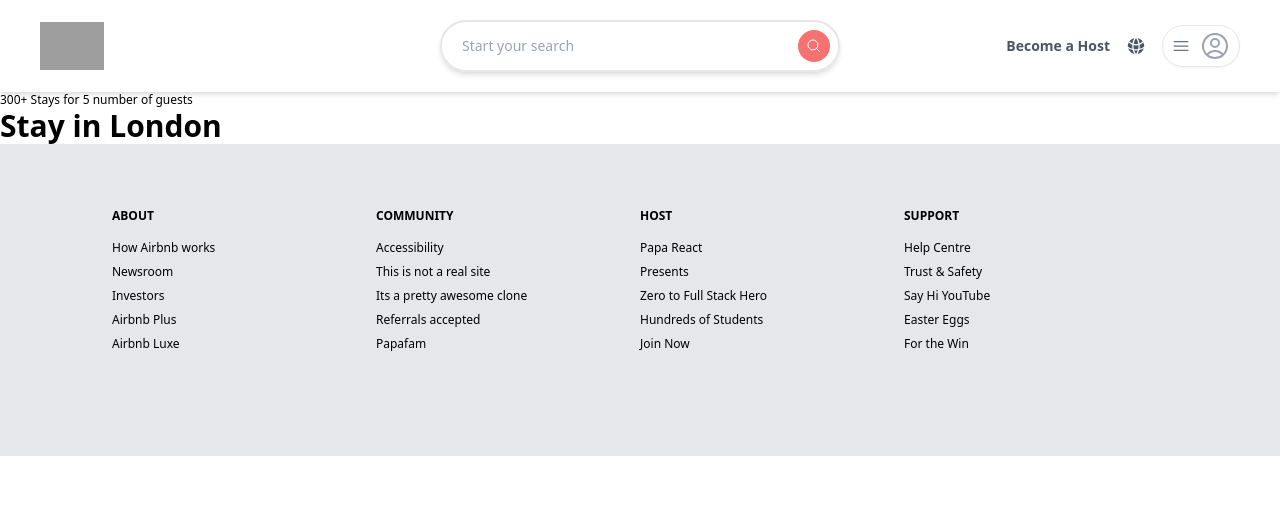
Repository: lakshithapramodya/airbnb
Page: /search
An editor plug-in stored every save of this project. The page is shown before and after the next save, followed by the edit.
The browser window is 1280 px wide. The pictures show the whole page.
Pictures or frames that could not be fetched are drawn as grey boxes. The project was rebuilt for these pictures with package versions that can differ from the ones it lists, and the page was loaded fresh each time. The framework's server and built-in components were replaced by stand-ins that run in the browser. Also part of the build but not shown: next.config.js.

Above is the page before, as saved 2022-10-19 11:08:33.

### pages/_app.jsx
import "../styles/globals.css";
import { AppProps } from "next/app";

function MyApp({ Component, pageProps }) {
  return <Component {...pageProps} />;
}

export default MyApp;

### pages/search.js
import React from "react";
import Footer from "../components/Footer";
import Header from "../components/Header";

function search() {
  return (
    <div>
      <Header />

      <main className="flex">
        <section>
          <p className="text-xs">300+ Stays for 5 number of guests</p>
          <h1 className="font-semibold text-3xl">Stay in London</h1>
        </section>
      </main>

      <Footer />
    </div>
  );
}

export default search;

### components/Footer.js
import React from "react";

function Footer() {
  return (
    <div className="grid grid-cols-1 md:grid-cols-4 py-16 px-28 bg-gray-200">
      <div className="pb-8">
        <h2 className="font-bold text-xs font-sans mb-4 cursor-pointer">
          ABOUT
        </h2>
        <p className="text-xs my-2 cursor-pointer">How Airbnb works</p>
        <p className="text-xs my-2 cursor-pointer">Newsroom</p>
        <p className="text-xs my-2 cursor-pointer">Investors</p>
        <p className="text-xs my-2 cursor-pointer">Airbnb Plus</p>
        <p className="text-xs my-2 cursor-pointer">Airbnb Luxe</p>
      </div>
      <div className="pb-8">
        <h2 className="font-bold text-xs font-sans mb-4 cursor-pointer">
          COMMUNITY
        </h2>
        <p className="text-xs my-2 cursor-pointer">Accessibility</p>
        <p className="text-xs my-2 cursor-pointer">This is not a real site</p>
        <p className="text-xs my-2 cursor-pointer">
          Its a pretty awesome clone
        </p>
        <p className="text-xs my-2 cursor-pointer">Referrals accepted</p>
        <p className="text-xs my-2 cursor-pointer">Papafam</p>
      </div>
      <div className="pb-8">
        <h2 className="font-bold text-xs font-sans mb-4 cursor-pointer">
          HOST
        </h2>
        <p className="text-xs my-2 cursor-pointer">Papa React</p>
        <p className="text-xs my-2 cursor-pointer">Presents</p>
        <p className="text-xs my-2 cursor-pointer">Zero to Full Stack Hero</p>
        <p className="text-xs my-2 cursor-pointer">Hundreds of Students</p>
        <p className="text-xs my-2 cursor-pointer">Join Now</p>
      </div>
      <div className="pb-8">
        <h2 className="font-bold text-xs font-sans mb-4 cursor-pointer">
          SUPPORT
        </h2>
        <p className="text-xs my-2 cursor-pointer">Help Centre</p>
        <p className="text-xs my-2 cursor-pointer">Trust & Safety</p>
        <p className="text-xs my-2 cursor-pointer">Say Hi YouTube</p>
        <p className="text-xs my-2 cursor-pointer">Easter Eggs</p>
        <p className="text-xs my-2 cursor-pointer">For the Win</p>
      </div>
    </div>
  );
}

export default Footer;

### components/Header.js
import React, { useState } from "react";
import Image from "next/image";
import {
  MagnifyingGlassIcon,
  Bars3Icon,
  UserCircleIcon,
} from "@heroicons/react/24/outline";
import { GlobeAltIcon, UsersIcon } from "@heroicons/react/24/solid";
import "react-date-range/dist/styles.css";
import "react-date-range/dist/theme/default.css";
import { DateRangePicker } from "react-date-range";

function Header() {
  const [searchText, setSearchTExt] = useState("");
  const [startDate, setStartDate] = useState(new Date());
  const [endDate, setEndDate] = useState(new Date());
  const [guests, setGuests] = useState(1);

  const selectionRange = {
    startDate: startDate,
    endDate: endDate,
    key: "selection",
  };

  const handleChange = (ranges) => {
    setStartDate(ranges.selection.startDate);
    setEndDate(ranges.selection.endDate);
  };

  const resetInput = () => {
    setSearchTExt("");
  };

  return (
    <div
      className="sticky top-0  z-50 grid grid-cols-3 bg-white shadow-md
    p-5 md:px-10"
    >
      {/* Left */}
      <div className="relative flex item-center h-12 cursor-pointer my-auto">
        <Image
          src="https://1000logos.net/wp-content/uploads/2017/08/Airbnb-Logo.png"
          layout="fill"
          objectFit="contain"
          objectPosition="left"
        />
      </div>

      {/* Middle */}
      <div
        className="flex items-center md:border-2 rounded-full py-2
      md:shadow-md"
      >
        <input
          value={searchText}
          onChange={(e) => setSearchTExt(e.target.value)}
          className="!outline-0 pl-5 bg-transparent flex-grow
          md:min-w-0  text-sm text-gray-600"
          type="text"
          placeholder="Start your search"
        />
        <MagnifyingGlassIcon
          className="hidden md:inline-flex h-8 bg-red-400
         text-white rounded-full p-2 cursor-pointer md:mx-2 "
        />
      </div>

      {/* Right */}
      <div className="flex items-center space-x-4 justify-end">
        <p
          className="text-sm font-semibold cursor-pointer
        rounded-full text-gray-600 hidden md:inline"
        >
          Become a Host
        </p>

        <GlobeAltIcon className="h-5 text-gray-600 cursor-pointer" />

        <div
          className="flex items-center border rounded-full p-1
        space-x-2 shadow-sm px-2 hover:shadow-md"
        >
          <Bars3Icon className="h-5 text-gray-500" />
          <UserCircleIcon className="h-8 text-gray-400" />
        </div>
      </div>
      {searchText && (
        <div className="flex flex-col col-span-3 mx-auto">
          <DateRangePicker
            ranges={[selectionRange]}
            minDate={new Date()}
            rangeColors={["#FD5B61"]}
            onChange={handleChange}
          />
          <div>
            <div className="flex items-center border-b">
              <h2 className="text-2xl font-semibold flex-grow">
                Number of Guests
              </h2>
              <UsersIcon className="h-5" />
              <input
                value={guests}
                onChange={(e) => setGuests(e.target.value)}
                min={1}
                type="number"
                className="w-12 ml-2 !outline-0 text-lg text-red-500"
              />
            </div>
            <div className="flex mt-4">
              <button onClick={resetInput} className="text-gray-500 flex-grow">
                Cancel
              </button>
              <button className="text-red-500 flex-grow">Search</button>
            </div>
          </div>
        </div>
      )}
    </div>
  );
}

export default Header;

Loaded but not shown: styles/globals.css (common file); tailwind.config.js (common file)

After the next save:
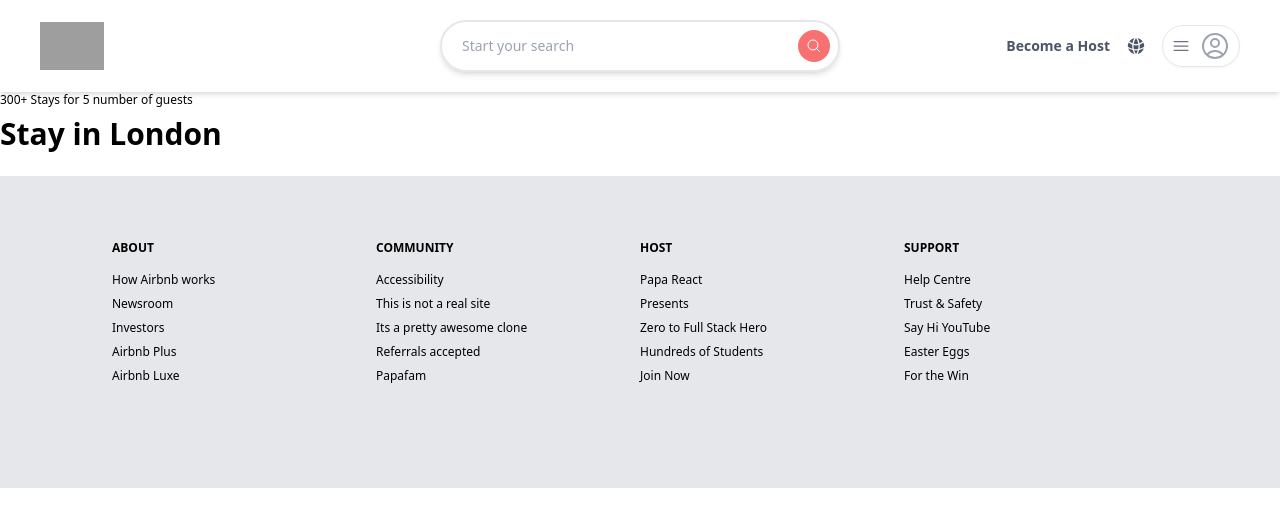
Saved 15 s later.
--- a/pages/search.js
+++ b/pages/search.js
@@ -10,7 +10,7 @@
       <main className="flex">
         <section>
           <p className="text-xs">300+ Stays for 5 number of guests</p>
-          <h1 className="font-semibold text-3xl">Stay in London</h1>
+          <h1 className="font-semibold text-3xl mt-2 mb-6">Stay in London</h1>
         </section>
       </main>
 
